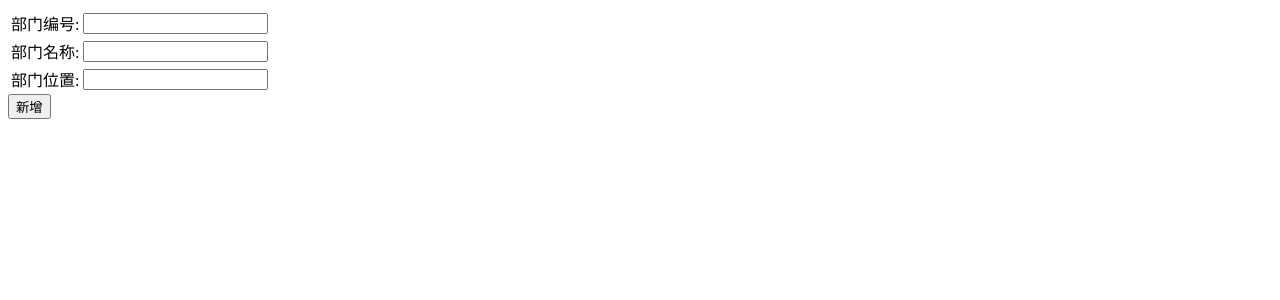
Repository: jianminghao/ssiProject
Page: http://localhost/myssiProject/dept.jsp
The author's editor kept a copy of each file at every save. The page is drawn from the files as they stood at one save, then again after the next save.
The browser window is 1280 px wide. The pictures show the whole page.
The page is served by Tomcat 9.

Above is the page before, as saved 2020-03-05 04:07:34.

After the next save:
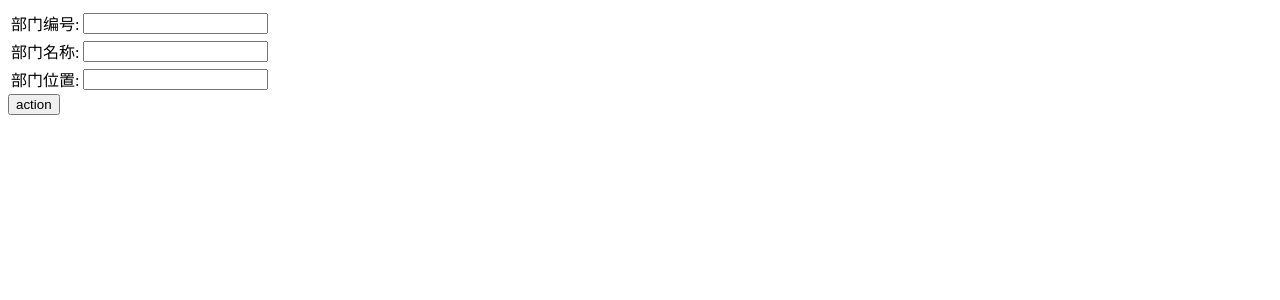
Saved 96 s later.
--- a/myssiProject/WebContent/dept.jsp
+++ b/myssiProject/WebContent/dept.jsp
@@ -80,7 +80,7 @@
 				 <td><input type="text" id="loc" name="deptInfo.loc"></td>
 			</tr>
 		</table>
-		<input type="submit"  value="新增">
+		<input type="submit"  value="action" hidden;>
 		<!-- <input type="button" class="btn" onclick=insert() value="新增">
 		<input type="button" class="btn" onclick=deleteInfo() value="删除">
 		<input type="button" class="btn" onclick=update() value="修改">
